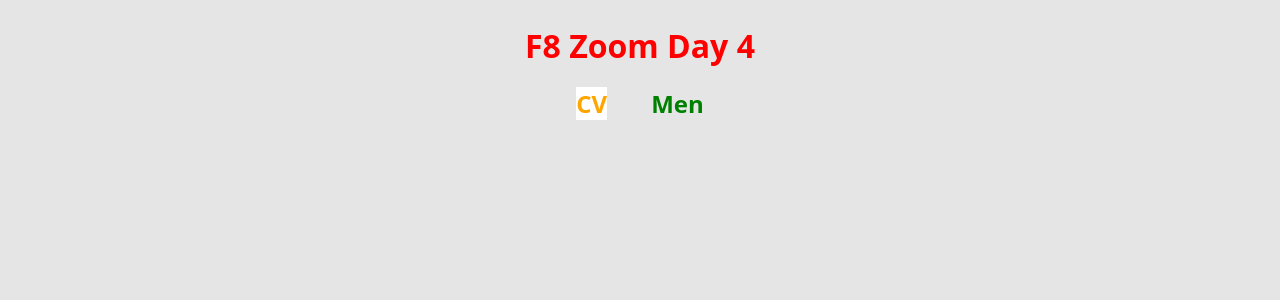
Repository: lannguyen1301/f8-zoom-day-4
Page: index.html
These files come from the project's save history. The page is drawn as it stood at one moment and after the next save; the edit follows.
The browser window is 1280 px wide. The pictures show the whole page.
The pointer rests on the first visible `.item`.

Above is the page before, as saved 2025-04-17 21:50:24.

After the next save:
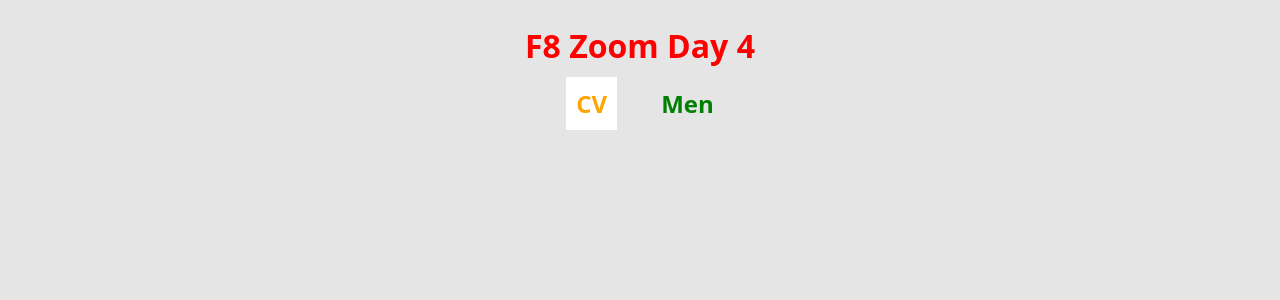
Saved 7 s later.
--- a/assets/css/style.css
+++ b/assets/css/style.css
@@ -43,5 +43,5 @@ a {
 .item:hover > .link {
     color: orange;
     background-color: #fff;
-    /* padding: 10px; */
+    padding: 10px;
 }
